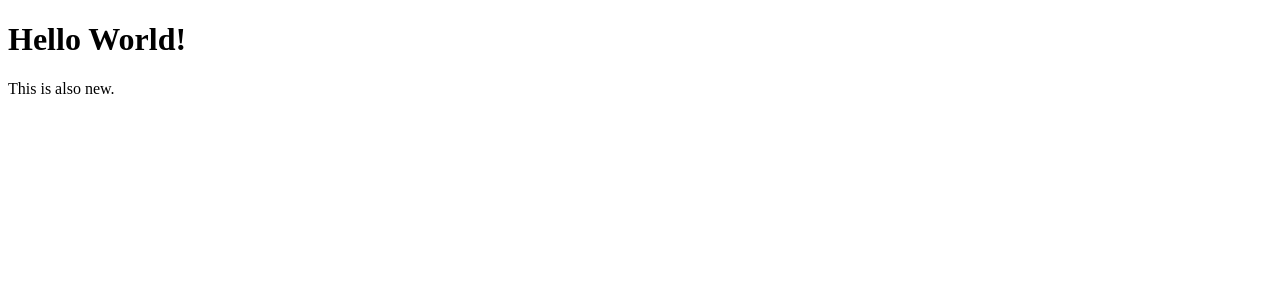
Repository: cameron-mendoza21/Game-Awards24-Fun
Page: http://localhost/
The author's editor kept a copy of each file at every save. The page is drawn from the files as they stood at one save, then again after the next save.
The browser window is 1280 px wide. The pictures show the whole page.
The page is served by the project's Node server (index.js).

Above is the page before, as saved 2024-11-19 21:58:00.
Not found: styles.css

After the next save:
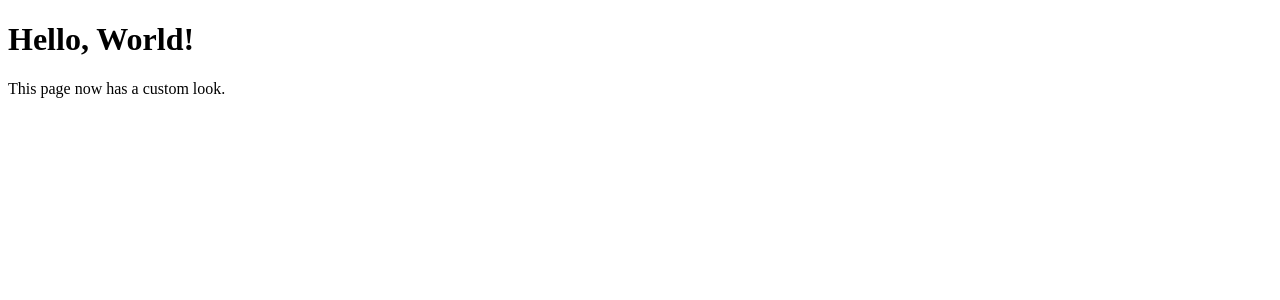
Saved 31 s later.
--- a/views/index.ejs
+++ b/views/index.ejs
@@ -4,14 +4,12 @@
     <meta charset="UTF-8">
     <meta name="viewport" content="width=device-width, initial-scale=1.0">
     <title><%= title %></title>
-    <link rel="stylesheet" href="styles.css">
+    <link rel="stylesheet" href="/styles.css">
 </head>
-
-
 <body>
     <div class="container">
-        <h1>Hello World!</h1>
-        <p>This is also new.</p>
+        <h1><%= message %></h1>
+        <p>This page now has a custom look.</p>
     </div>
 </body>
 </html>
